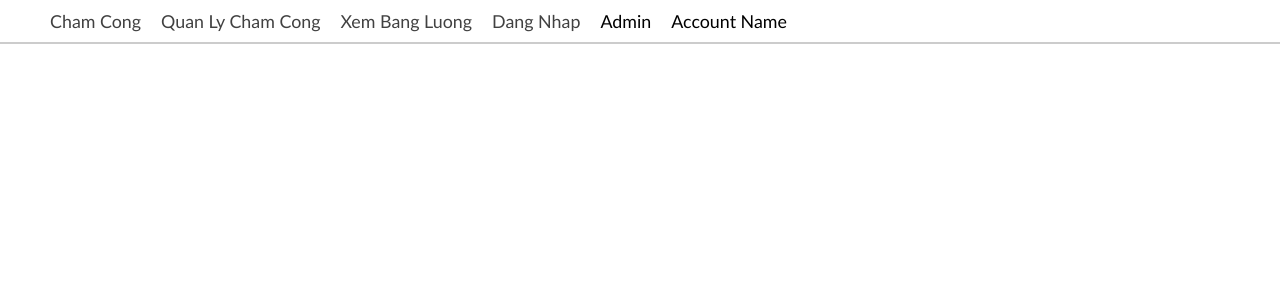
Repository: LDDUNG2003/a
Page: index.html
These files come from the project's save history. The page is drawn as it stood at one moment and after the next save; the edit follows.
The browser window is 1280 px wide. The pictures show the whole page.

Above is the page before, as saved 2023-10-13 23:45:39.

After the next save:
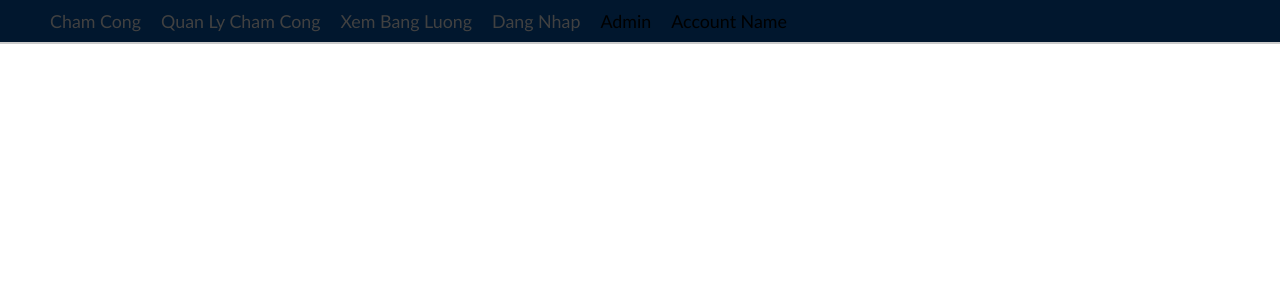
Saved 29 s later.
--- a/controlView/css/base.css
+++ b/controlView/css/base.css
@@ -20,6 +20,7 @@ body {
     width: 100%;
     padding: 10px 0px;
     border-bottom: solid 2px #ccc;
+    background-color: #01172e;
 }
 
 .navBar {
